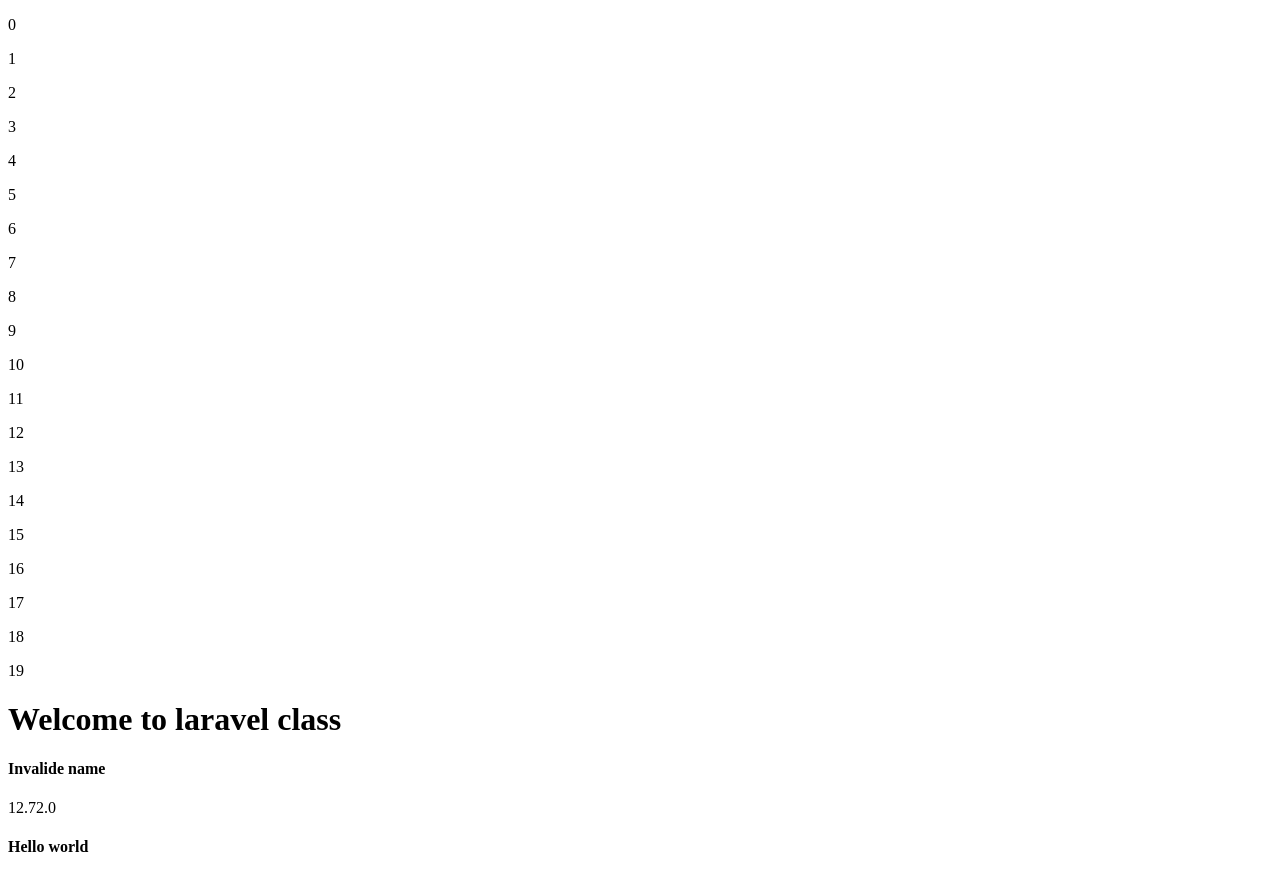
Repository: mrcode-gmb/geek-php-laravel-backend-engineering
Page: resources/views/user/resgister.blade.php
An editor plug-in stored every save of this project. The page is shown before and after the next save, followed by the edit.
The browser window is 1280 px wide. The pictures show the whole page.
The page is served by the project's Laravel application, run on PHP 8.4 with Laravel 12. The template is opened directly, without the code that normally fills it, so the values that code supplies are empty.

Above is the page before, as saved 2026-02-15 15:26:49.

After the next save:
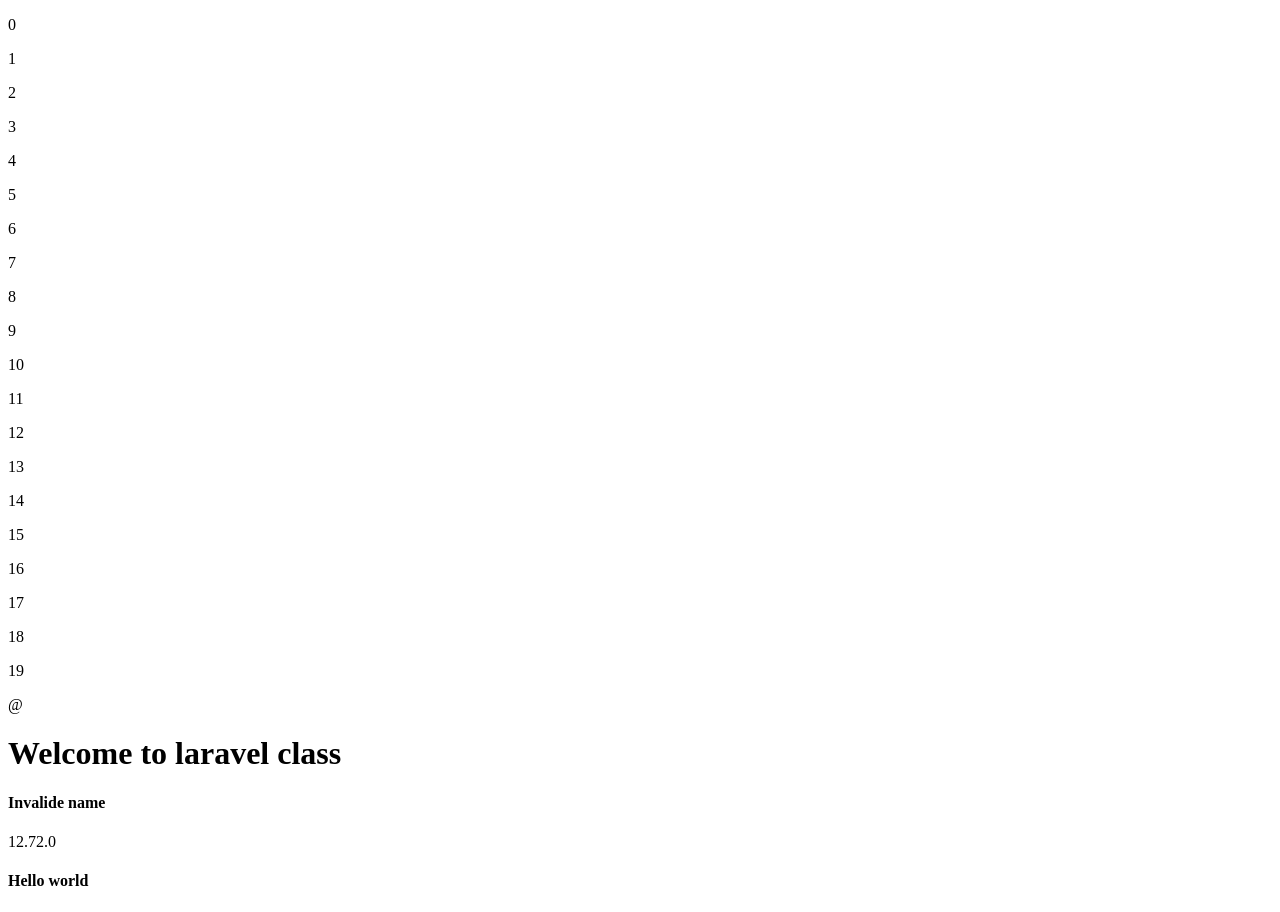
Saved 11 s later.
--- a/laravelClass/resources/views/user/resgister.blade.php
+++ b/laravelClass/resources/views/user/resgister.blade.php
@@ -12,6 +12,7 @@
     @for ($i = 0; $i < 20; $i++)
         <p>{{ $i }}</p>
     @endfor
+    @
     <h1>Welcome to laravel class {{ $id }}</h1>
     @if($user['name'] == "ahmed")
         {{ $user['name'] }}
